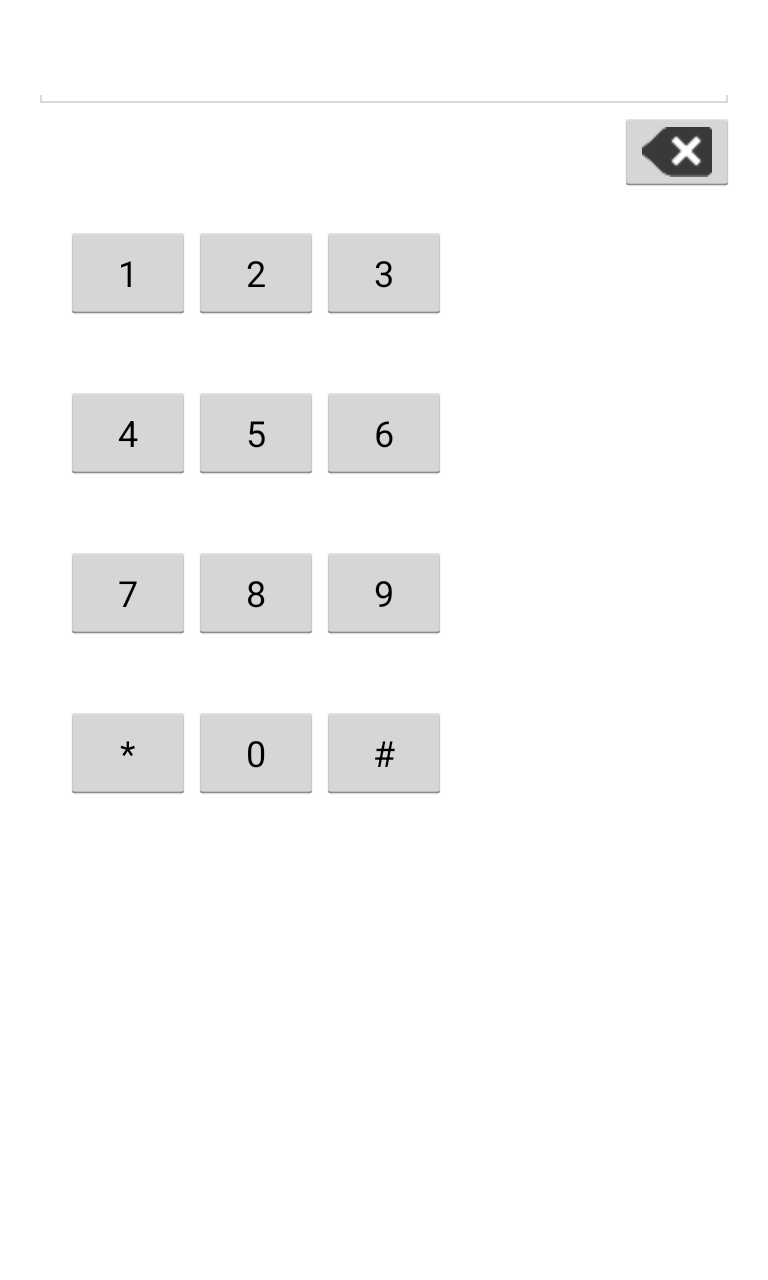
Repository: andreeastoican/Laborator03
Layout: PhoneDialer/res/layout/activity_phone_dialer.xml
The author's editor kept a copy of each file at every save. The layout is drawn from the files as they stood at one save, then again after the next save.
It is drawn on a 768 x 1280 px phone screen (xhdpi) without system bars, with theme AppTheme; the app's code is not run.

Above is the layout before, as saved 2015-03-10 09:36:05.

After the next save:
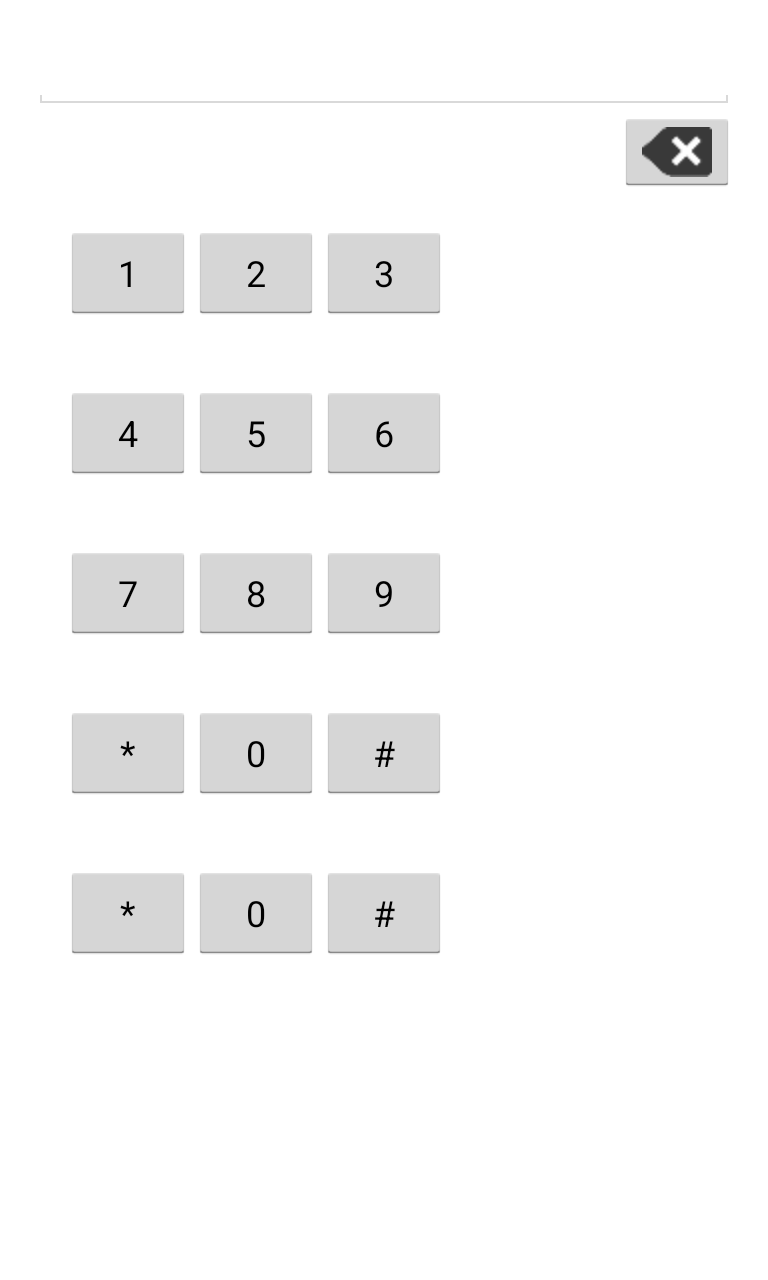
Saved 25 s later.
--- a/PhoneDialer/res/layout/activity_phone_dialer.xml
+++ b/PhoneDialer/res/layout/activity_phone_dialer.xml
@@ -152,6 +152,36 @@
 	        android:layout_height="wrap_content"
 	        android:text="#"
 		    />
-	</LinearLayout> "
+	</LinearLayout>
+
+	<LinearLayout
+	  android:layout_below="@id/layout4"
+	  android:layout_width="wrap_content"
+	  android:layout_height="wrap_content"
+	  android:paddingBottom="@dimen/activity_vertical_margin"
+	  android:paddingLeft="@dimen/activity_horizontal_margin"
+	  android:paddingRight="@dimen/activity_horizontal_margin"
+	  android:paddingTop="@dimen/activity_vertical_margin"
+	  android:orientation="horizontal">
+
+		<Button
+		    android:id="@+id/id10"
+		    android:layout_width="wrap_content"
+	        android:layout_height="wrap_content"
+	        android:text="*"
+		    />
+		<Button
+		    android:id="@+id/id0"
+		    android:layout_width="wrap_content"
+	        android:layout_height="wrap_content"
+	        android:text="0"
+		    />
+		<Button
+		    android:id="@+id/id11"
+		    android:layout_width="wrap_content"
+	        android:layout_height="wrap_content"
+	        android:text="#"
+		    />
+	</LinearLayout>"
 
 </RelativeLayout>
